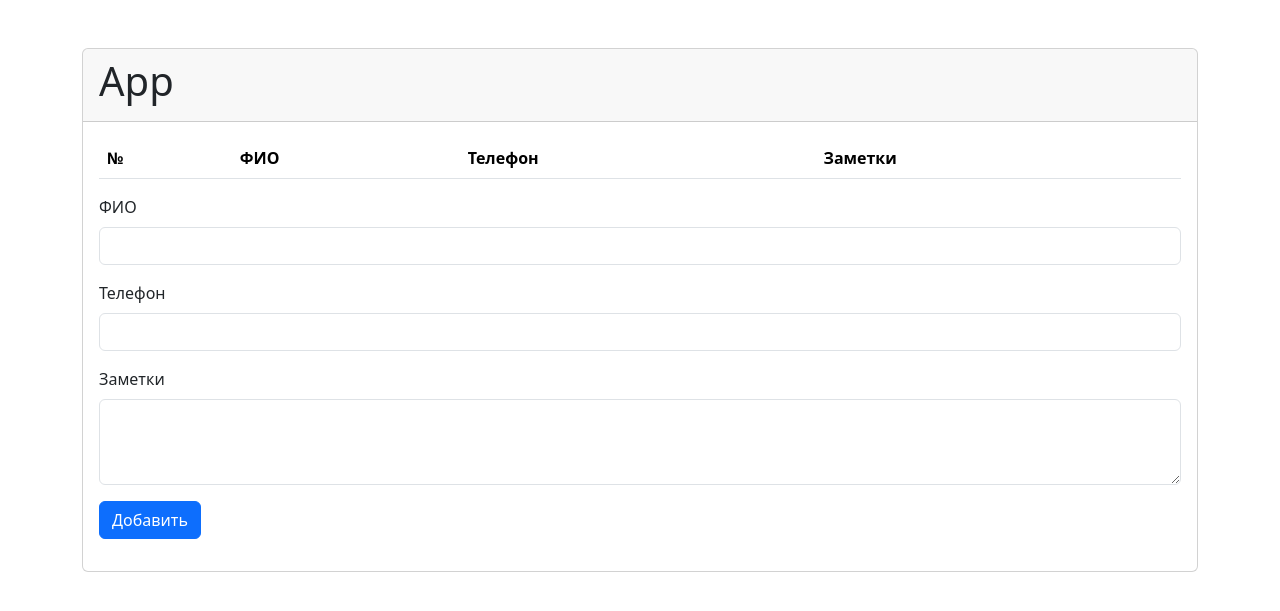
Repository: tatacheba/appstepikjavareact-client
Page: /
These files come from the project's save history. The page is drawn as it stood at one moment and after the next save; the edit follows.
The browser window is 1280 px wide. The pictures show the whole page.
The page's requests for data from a server got no answer. The project was rebuilt for these pictures with package versions that can differ from the ones it lists, and the page was loaded fresh each time. No one was signed in, and anything a server would have sent is missing. Also part of the build but not shown: src/App.css, src/layouts/components/ModalDeleteContact.js, src/layouts/components/tableView/TableRowItem.js. Imported but missing from the stored project, and not drawn on this page: src/layouts/tableView/TableRowItem.

Above is the page before, as saved 2024-12-15 16:37:38.

### public/index.html
<!DOCTYPE html>
<html lang="en">
    <head>
        <meta charset="utf-8" />
        <link rel="icon" href="%PUBLIC_URL%/favicon.ico" />
        <meta name="viewport" content="width=device-width, initial-scale=1" />
        <meta name="theme-color" content="#000000" />
        <meta
            name="description"
            content="Web site created using create-react-app"
        />
        <link rel="apple-touch-icon" href="%PUBLIC_URL%/logo192.png" />
        <link
            href="https://cdn.jsdelivr.net/npm/bootstrap@5.3.3/dist/css/bootstrap.min.css"
            rel="stylesheet"
            integrity="sha384-QWTKZyjpPEjISv5WaRU9OFeRpok6YctnYmDr5pNlyT2bRjXh0JMhjY6hW+ALEwIH"
            crossorigin="anonymous"
        />
        <!--
      manifest.json provides metadata used when your web app is installed on a
      user's mobile device or desktop. See https://developers.google.com/web/fundamentals/web-app-manifest/
    -->
        <link rel="manifest" href="%PUBLIC_URL%/manifest.json" />

        <title>App of Stepik</title>
    </head>
    <body>
        <div id="root"></div>
        <script
            src="https://cdn.jsdelivr.net/npm/bootstrap@5.3.3/dist/js/bootstrap.bundle.min.js"
            integrity="sha384-YvpcrYf0tY3lHB60NNkmXc5s9fDVZLESaAA55NDzOxhy9GkcIdslK1eN7N6jIeHz"
            crossorigin="anonymous"
        ></script>
    </body>
</html>

### src/index.js
import React from "react";
import ReactDOM from "react-dom/client";
import "./index.css";
import App from "./App";
import "bootstrap/dist/css/bootstrap.min.css";
import "bootstrap/dist/js/bootstrap.bundle.min.js";

const root = ReactDOM.createRoot(document.getElementById("root"));
root.render(
    <React.StrictMode>
        <App />
    </React.StrictMode>
);

### src/App.js
import "./App.css";
import TablewView from "./layouts/tableView/TablewView";
import { useEffect, useState } from "react";
import FormNewItem from "./layouts/formNewItem/FormNewItem";
import ModalDeleteContact from "./layouts/components/ModalDeleteContact";
import axios from "axios";

function App() {
    const [items, setItems] = useState([]);
    const [loading, setLoading] = useState(false);
    const [isModalOpen, setIsModalOpen] = useState(false);
    const [currentContactId, setCurrentContactId] = useState(null);

    useEffect(() => {
        console.log("Fetching contacts...");
        axios
            .get("http://localhost:8080/api/contacts")
            .then((res) => {
                const data = res.data._embedded.contacts.map((item) => ({
                    id: item.id,
                    fullName: item.fullName,
                    phone: item.phone,
                    notes: item.notes,
                }));
                setItems(data);
                console.log("Contacts loaded:", data);
            })
            .catch((error) => console.error("Error fetching contacts:", error));
    }, []);

    const appendContact = (fullName, phone, notes) => {
        const contact = {
            fullName,
            phone,
            notes,
        };

        const url = "http://localhost:8080/api/contacts";
        setLoading(true); // Включить индикатор загрузки
        axios
            .post(url, contact)
            .then((res) => {
                contact.id = res.data.id;
                setItems([...items, contact]);
            })
            .catch((error) => console.error("Error adding contact:", error))
            .finally(() => {
                setLoading(false); // Выключить индикатор загрузки
            });
    };

    const onToggleModal = (id = null) => {
        setIsModalOpen((prev) => !prev);
        setCurrentContactId(id);
    };

    const removeContact = () => {
        if (!currentContactId) {
            console.error("No contact ID to delete");
            return;
        }
        const url = `http://localhost:8080/api/contacts/${currentContactId}`;
        axios
            .delete(url)
            .then(() => {
                setItems(items.filter((item) => item.id !== currentContactId));
                console.log("Contact deleted with ID:", currentContactId);
            })
            .catch((error) => console.error("Error deleting contact:", error))
            .finally(() => {
                onToggleModal(); // Закрыть модальное окно
            });
    };

    return (
        <div className="container mt-5">
            <div className="card">
                <div className="card-header">
                    <h1>App</h1>
                </div>
                <div className="card-body">
                    <TablewView
                        data={items}
                        removeContact={onToggleModal} // Передаём функцию открытия модального окна
                    />
                    <FormNewItem
                        appContact={appendContact}
                        disabled={loading}
                    />
                </div>
            </div>
            <ModalDeleteContact
                isOpen={isModalOpen}
                onModal={removeContact} // Удаляем контакт
                onCancel={() => onToggleModal()} // Закрыть модальное окно
            />
        </div>
    );
}

export default App;

### src/layouts/tableView/TablewView.js
import React from "react";
import TableRowItem from "./TableRowItem";
import { v4 as uuidv4 } from "uuid";

const TablewView = (props) => {
    return (
        <table className="table table-hover">
            <thead>
                <tr>
                    <th scope="col">№</th>
                    <th scope="col">ФИО</th>
                    <th scope="col">Телефон</th>
                    <th scope="col">Заметки</th>
                </tr>
            </thead>
            <tbody>
                {props.data.map((item) => (
                    <TableRowItem
                        key={uuidv4()}
                        contact={item}
                        removeContact={props.removeContact}
                    />
                ))}
            </tbody>
        </table>
    );
};
export default TablewView;

### src/layouts/formNewItem/FormNewItem.js
import React from "react";
import { useState } from "react";

function FormNewItem(props) {
    const [fullName, setFullName] = useState("");
    const [phone, setPhone] = useState("");
    const [notes, setNotes] = useState("");

    const submit = () => {
        if (!fullName || !phone || !notes) {
            return;
        }
        props.appContact(fullName, phone, notes);
        setFullName("");
        setPhone("");
        setNotes("");
    };

    return (
        <div className="mb-3">
            <form>
                <label className="form-label">ФИО</label>
                <div className="mb-3 ">
                    <input
                        type="text"
                        className="form-control"
                        value={fullName}
                        onChange={(e) => {
                            setFullName(e.target.value);
                        }}
                    />
                </div>
                <label className="form-label">Телефон</label>
                <div className="mb-3">
                    <input
                        type="tel"
                        className="form-control"
                        value={phone}
                        onChange={(e) => {
                            setPhone(e.target.value);
                        }}
                    />
                </div>
                <label className="form-label">Заметки</label>
                <div className="mb-3">
                    <textarea
                        type="textarea"
                        className="form-control"
                        value={notes}
                        rows={3}
                        onChange={(e) => {
                            setNotes(e.target.value);
                        }}
                    />
                </div>
                <button
                    className="btn btn-primary"
                    type="button"
                    onClick={submit}
                >
                    Добавить
                </button>
            </form>
        </div>
    );
}

export default FormNewItem;

### src/layouts/components/tableView/TablewView.js
import React from "react";
import TableRowItem from "./TableRowItem";
import { v4 as uuidv4 } from "uuid";

const TablewView = (props) => {
    return (
        <table className="table table-hover">
            <thead>
                <tr>
                    <th scope="col">№</th>
                    <th scope="col">ФИО</th>
                    <th scope="col">Телефон</th>
                    <th scope="col">Заметки</th>
                    <th scope="col"></th>
                </tr>
            </thead>
            <tbody>
                {props.data.map((item) => (
                    <TableRowItem
                        key={uuidv4()}
                        contact={item}
                        removeContact={props.removeContact}
                    />
                ))}
            </tbody>
        </table>
    );
};
export default TablewView;

Loaded but not shown: src/index.css (common file)

After the next save:
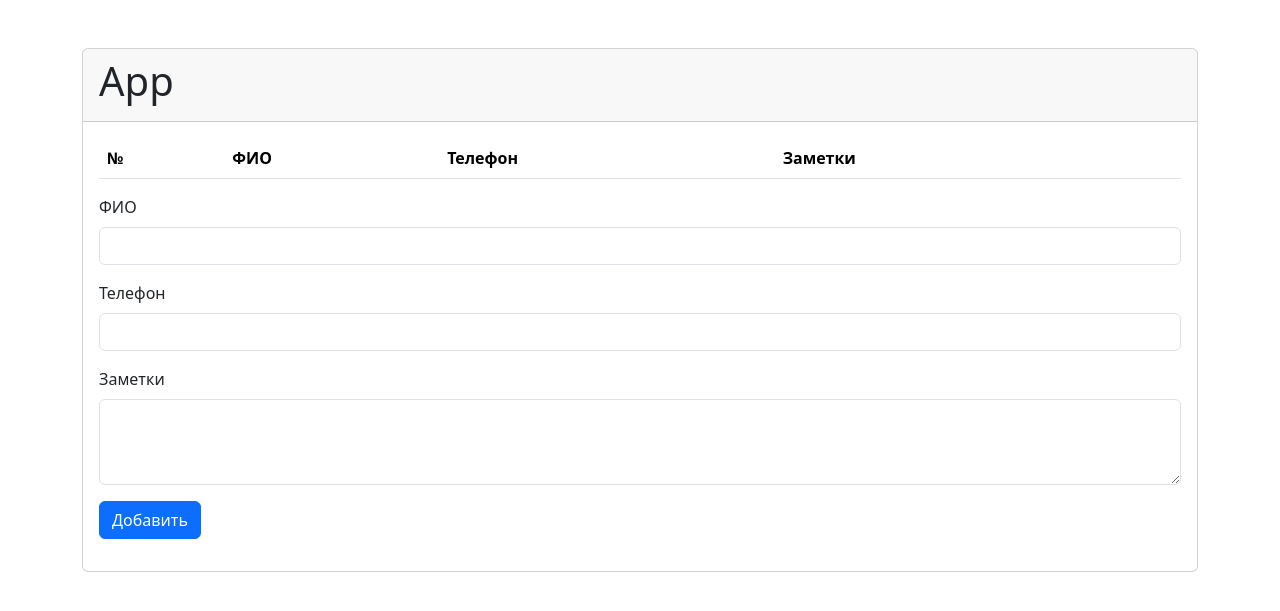
Saved 86 s later.
--- a/src/App.js
+++ b/src/App.js
@@ -1,5 +1,5 @@
 import "./App.css";
-import TablewView from "./layouts/tableView/TablewView";
+import TablewView from "./layouts/components/tableView/TablewView";
 import { useEffect, useState } from "react";
 import FormNewItem from "./layouts/formNewItem/FormNewItem";
 import ModalDeleteContact from "./layouts/components/ModalDeleteContact";
